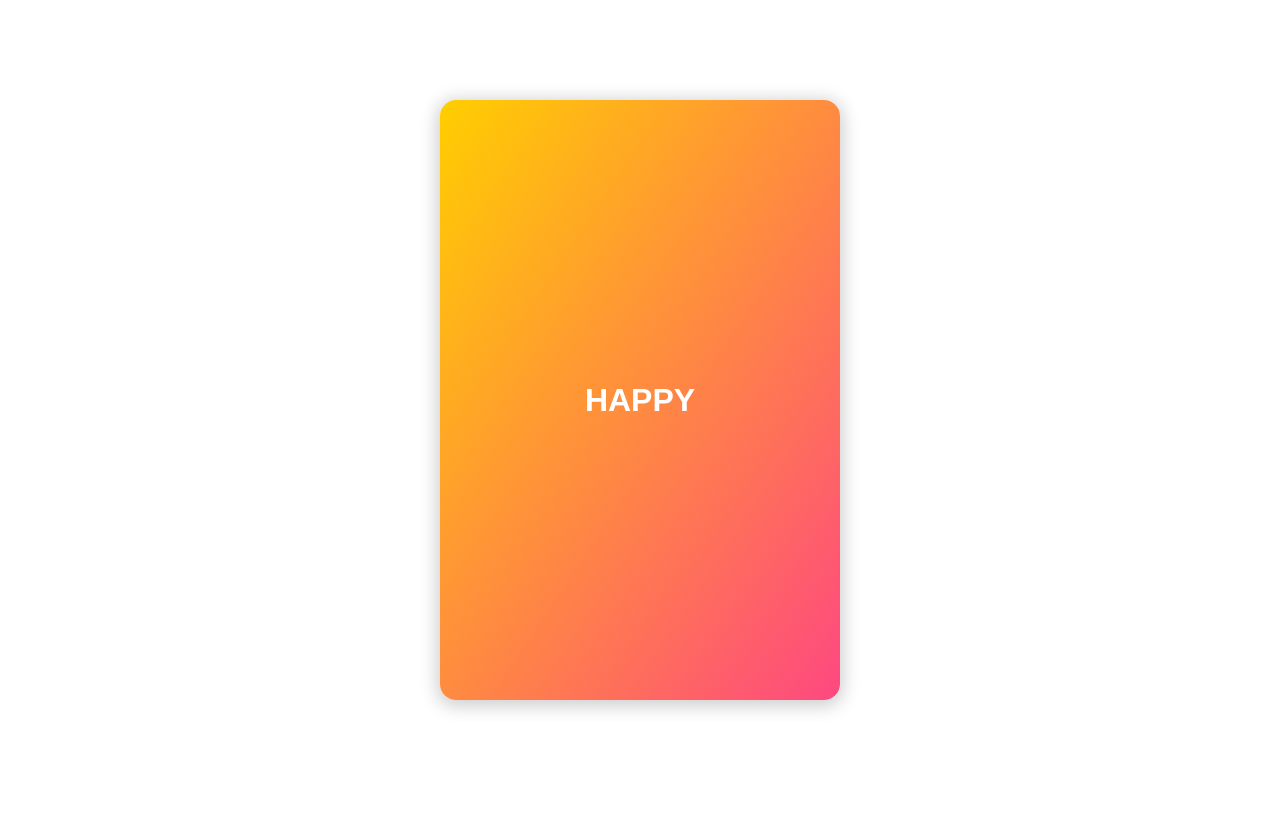
Repository: maixuanhieu/giftcard
Page: index.html
An editor plug-in stored every save of this project. The page is shown before and after the next save, followed by the edit.
The browser window is 1280 px wide. The pictures show the whole page.
The style sheet was rebuilt from its Sass, Less or Tailwind sources for each picture, by a compiler version that may differ from the author's.

Above is the page before, as saved 2021-11-17 19:29:53.

### index.html
<!DOCTYPE html>
<html lang="en">

<head>
    <meta charset="UTF-8">
    <meta http-equiv="X-UA-Compatible" content="IE=edge">
    <meta name="viewport" content="width=device-width, initial-scale=1.0">
    <title>CSS Flip Card</title>
    <link rel="stylesheet" href="style.css">
</head>

<body>
   <div class="card">
       <div class="card__inner">
           <div class="card__face card__face--front">
            <h2>HAPPY</h2>
            <H2></H2>
           </div>
           <div class="card__face card__face--back">
            <div class="card__content">
                <div class="card__header">
                    <img src="xi.jpg" alt="" srcset="" class="fox">
                    <h2></h2>
                </div>

                <div class="card__body">
                    <h3>Javascript</h3>
                    <p>Lorem ipsum dolor sit, amet consectetur adipisicing elit. Quia ea ab eveniet ducimus totam. Mollitia quasi eos reprehenderit exercitationem dignissimos saepe totam labore laudantium vitae deserunt? Ea quaerat ex nemo.</p>
                </div>
            </div>
           </div>
       </div>
   </div>



</body>



<script src="main.js"></script>
</html>

### main.js
const card = document.querySelector('.card__inner');

card.addEventListener('click', function(){
    card.classList.toggle('is-flipped');
});

### style.scss
:root {
    --primary: #FFCE00;
    --secondary: #FE4880;
    --dark: #212121;
    --light: #F3F3F3;
}

*{
    margin: 0;
    padding: 0;
}

body{
    font-family: montserrat, sans-serif;
    width: 100%;
    min-height: 100vh;
}

.card{
    margin: 100px auto 0;
    width: 400px;
    height: 600px;
    perspective: 1000px;

    &__inner{
        width: 100%;
        height: 100%;
        transition: transform 1s;
        transform-style: preserve-3d;
        cursor: pointer;
        position: relative;
    }

    &__inner.is-flipped{
        transform: rotateY(180deg);
    }

    &__face{
        position: absolute;
        width: 100%;
        height: 100%;
        backface-visibility: hidden;
        overflow: hidden;
        border-radius: 16px;
        box-shadow: 0px 3px 18px 3px rgba(0,0,0,0.2);
    }

    &__face--front{
        background-image: linear-gradient(to bottom right, var(--primary), var(--secondary));
        display: flex;
        align-items: center;
        justify-content: center;
    }

    &__face--front h2{
        color: #FFF;
        font-size: 32px;
    }

    &__face--back{
        background-color: var(--light);
        transform: rotateY(180deg);
    }

    &__content{
        width: 100%;
        height: 100%;
    }

    &__header{
        position: relative;
        padding: 30px 30px 40px;
    }

    &__header::after{
        content: '';
        display: block;
        position: absolute;
        top: 0;
        left: 0;
        right: 0;
        bottom: 0;
        z-index: -1;
        border-radius: 0 0 50% 0;
        background-image: linear-gradient(to bottom left, var(--primary) 10%, var(--secondary) 115%);
    }

    &__header h2{
        color: #FFF;
        font-size: 32px;
        font-weight: 900;
        text-transform: uppercase;
        text-align: center;
    }

    &__body{
        padding: 30px;
    }

    &__body h3{
        color: var(--dark);
        font-size: 24px;
        font-weight: 600;
        margin-bottom: 15px;
    }

    &__body p {
        color: var(--dark);
        font-size: 18px;
        line-height: 1.5;
    }
}

.fox{
    display: block;
    width: 173px;
    height: 113px;
    margin: 0 auto 30px;
    border-radius: 50%;
    background-color: #FFF;
    border: 5px solid #FFF;
    object-fit: cover;
}

After the next save:
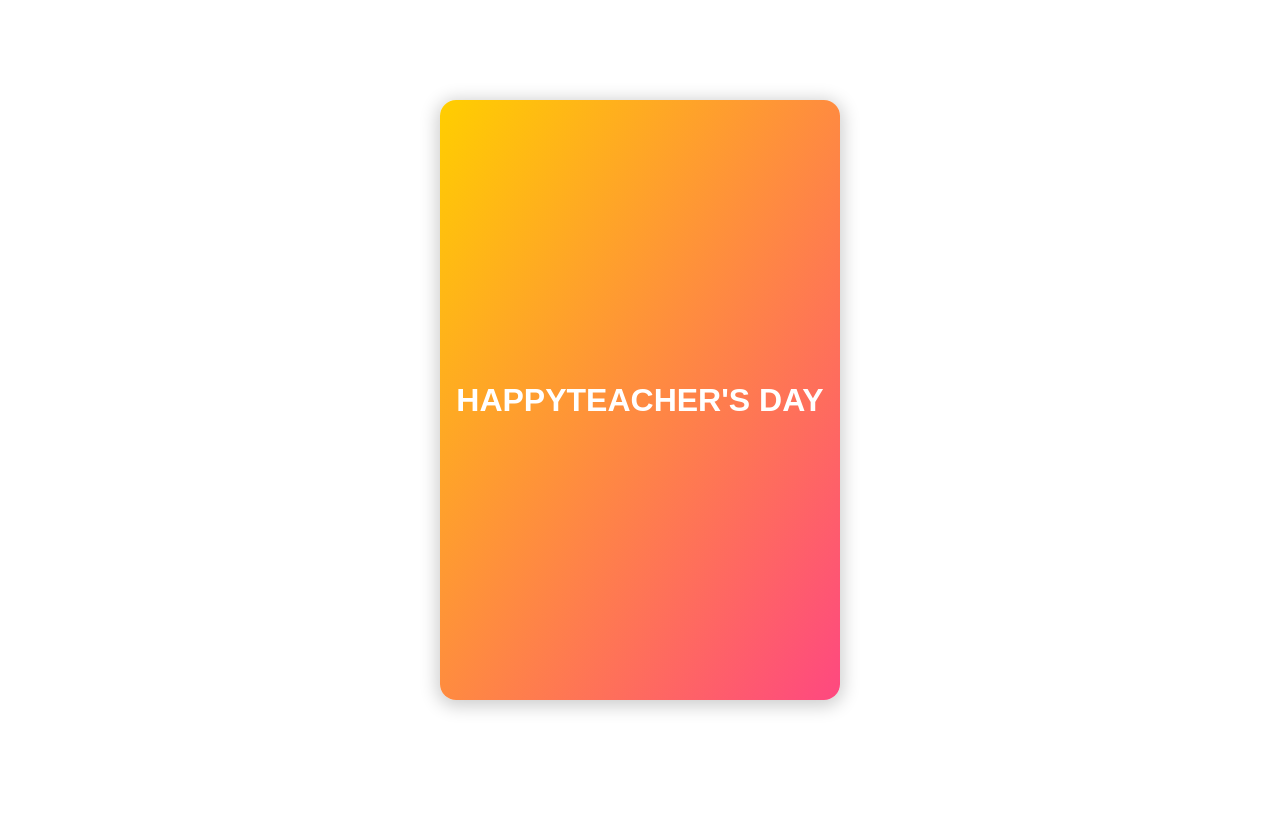
Saved 6 s later.
--- a/index.html
+++ b/index.html
@@ -14,7 +14,7 @@
        <div class="card__inner">
            <div class="card__face card__face--front">
             <h2>HAPPY</h2>
-            <H2></H2>
+            <h2>TEACHER'S DAY</h2>
            </div>
            <div class="card__face card__face--back">
             <div class="card__content">
